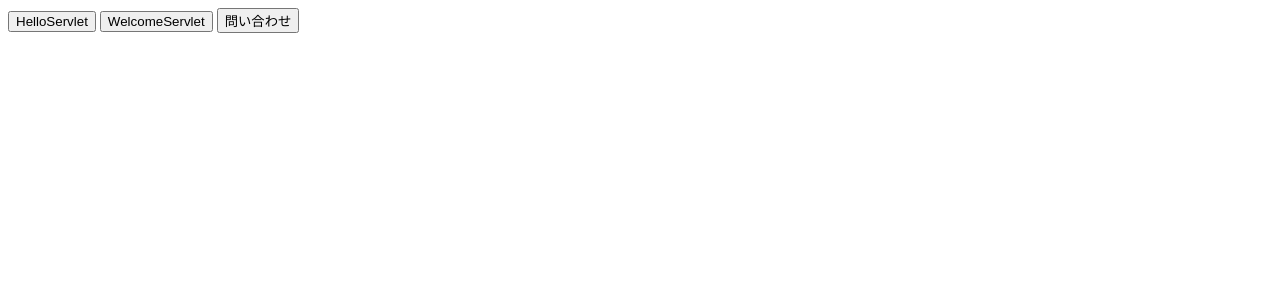
Repository: Sakamoto-Akira/test
Page: http://localhost/HelloServlet/
The author's editor kept a copy of each file at every save. The page is drawn from the files as they stood at one save, then again after the next save.
The browser window is 1280 px wide. The pictures show the whole page.
The page is served by Tomcat 9.

Above is the page before, as saved 2019-04-22 07:52:16.

After the next save:
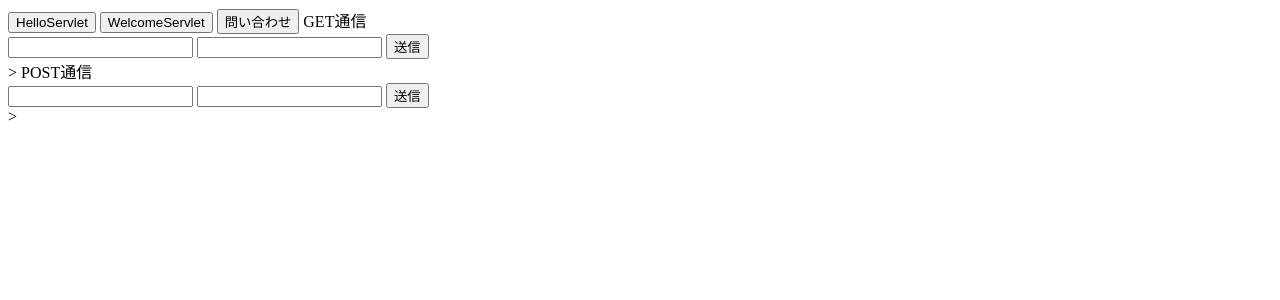
Saved 5 min 46 s later.
--- a/HelloServlet/WebContent/index.jsp
+++ b/HelloServlet/WebContent/index.jsp
@@ -12,6 +12,17 @@
 <input type="button" value="HelloServlet" onClick="location.href='HelloServlet'">
 <input type="button" value="WelcomeServlet" onClick="location.href='welcome.jsp'">
 <input type="button" value="問い合わせ" onClick="location.href='inquiry.jsp'">
-
+GET通信
+<form method="get" action="TestServlet">
+<input type="text" name="username">
+<input type="password" name="password">
+<input type="submit" value="送信">
+</form>>
+POST通信
+<form method="post" action="TestServlet">
+<input type="text" name="username">
+<input type="password" name="password">
+<input type="submit" value="送信">
+</form>>
 </body>
 </html>
